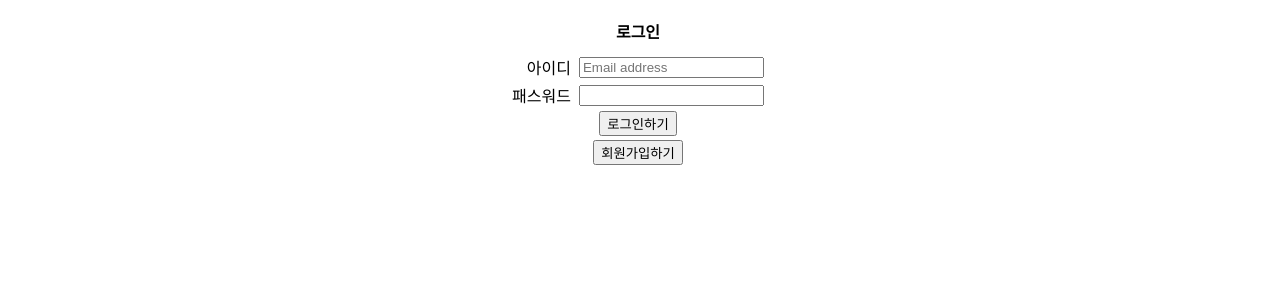
Repository: Dnut0121/2023_JSP
Page: http://localhost/Hello2/loginForm.jsp
The author's editor kept a copy of each file at every save. The page is drawn from the files as they stood at one save, then again after the next save.
The browser window is 1280 px wide. The pictures show the whole page.
The page is served by Tomcat 9.

Above is the page before, as saved 2023-11-29 03:10:01.

After the next save:
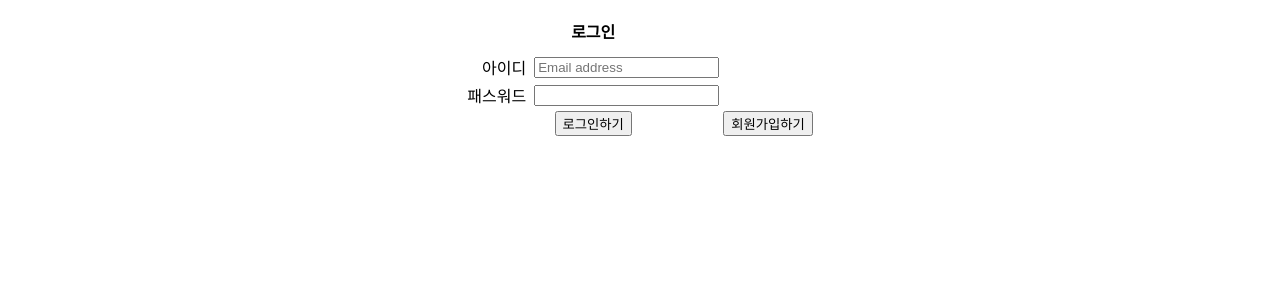
Saved 16 s later.
--- a/201907036_KDH/Hello2/src/main/webapp/loginForm.jsp
+++ b/201907036_KDH/Hello2/src/main/webapp/loginForm.jsp
@@ -18,12 +18,10 @@
 		<td><input type="password" name="ps" required></td>
 	</tr>
 	<tr>
-		<td colspan=2 align=center height=10>
+		<td colspan=2 align=center>
 			<input type="submit" value="로그인하기">
 		</td>
-	</tr>
-	<tr>
-		<td colspan=2 align=center height=10>
+			<td colspan=2 align=center height=10>
 			<a href='signup.jsp'><button>회원가입하기</button></a>
 		</td>
 	</tr>
